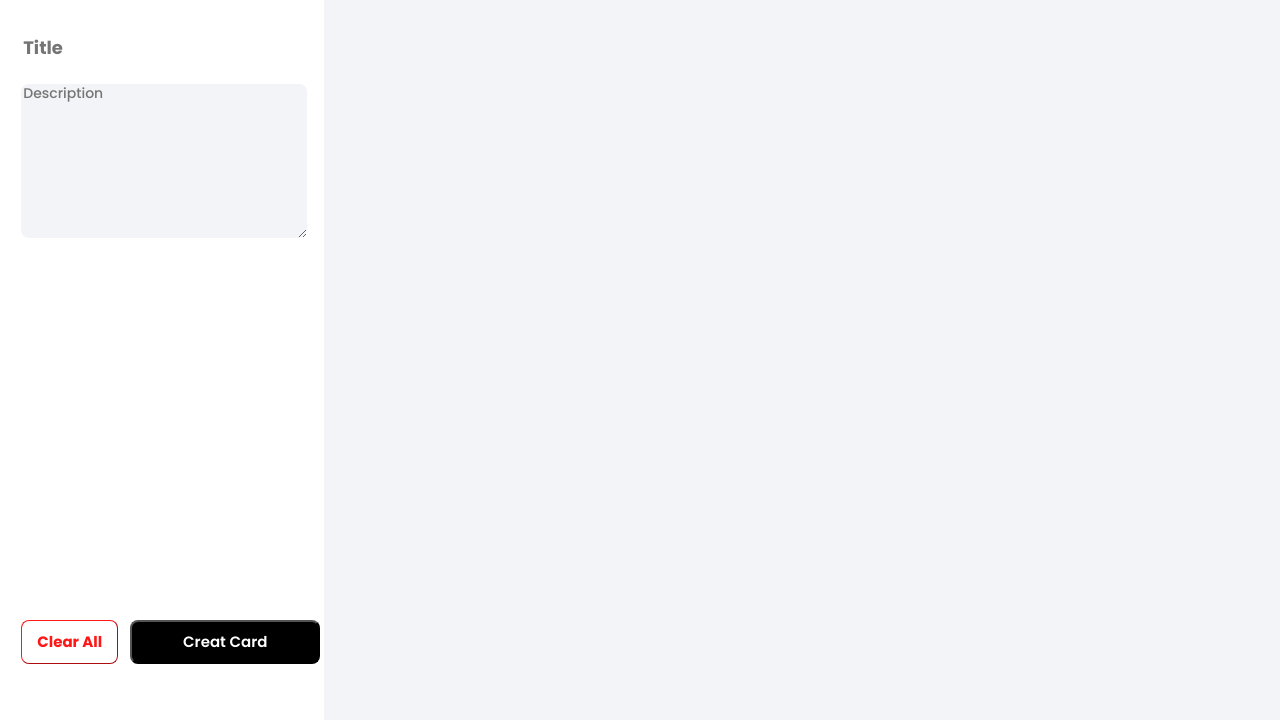
Repository: ReyhanehRahmani/TO-DO
Page: index.html
An editor plug-in stored every save of this project. The page is shown before and after the next save, followed by the edit.
The browser window is 1280 px wide. The pictures show the whole page.
Some web fonts or font styles are not loaded; a fallback is used.

Above is the page before, as saved 2025-06-08 14:09:41.

After the next save:
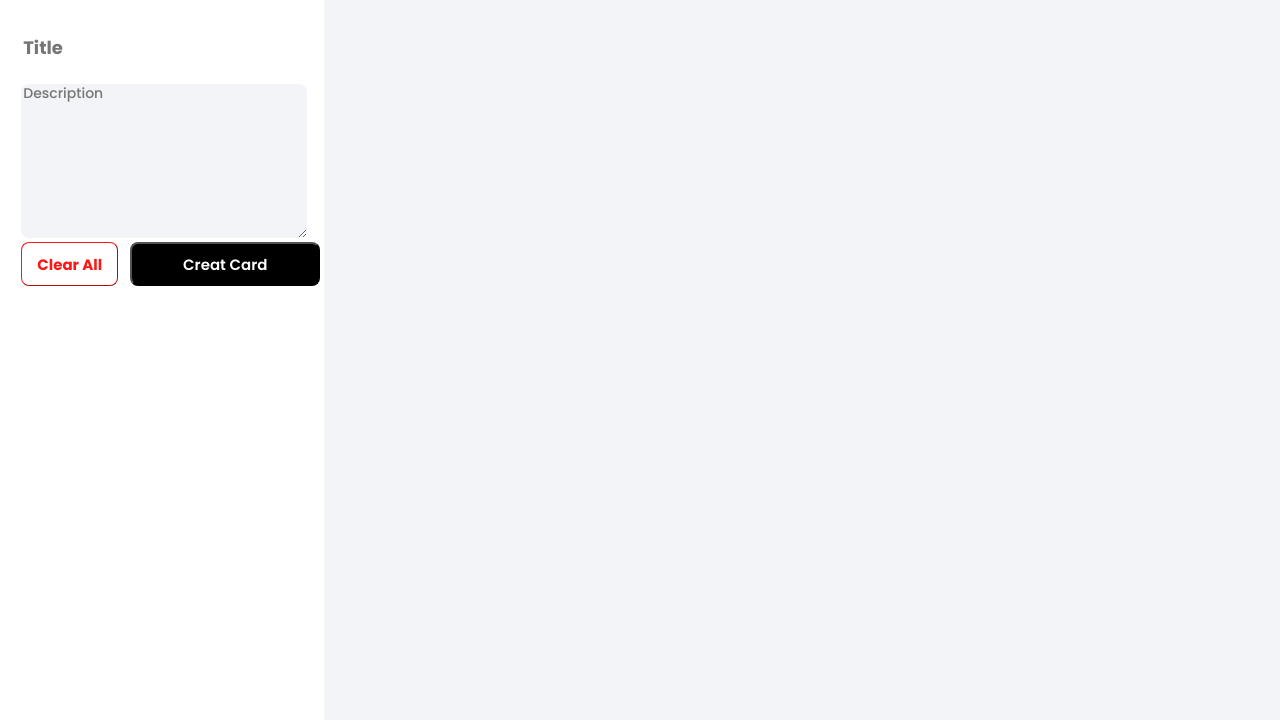
Saved 65 s later.
--- a/style.css
+++ b/style.css
@@ -226,7 +226,7 @@ body, html {
     display: flex;
     flex-direction: column;
     justify-content: space-between;
-    gap: 29.5vw;
+    gap: 72%;
     margin-right: 6.557377049%;
     margin-left: 6.557377049%;
     margin-top: 6.557377049%;
